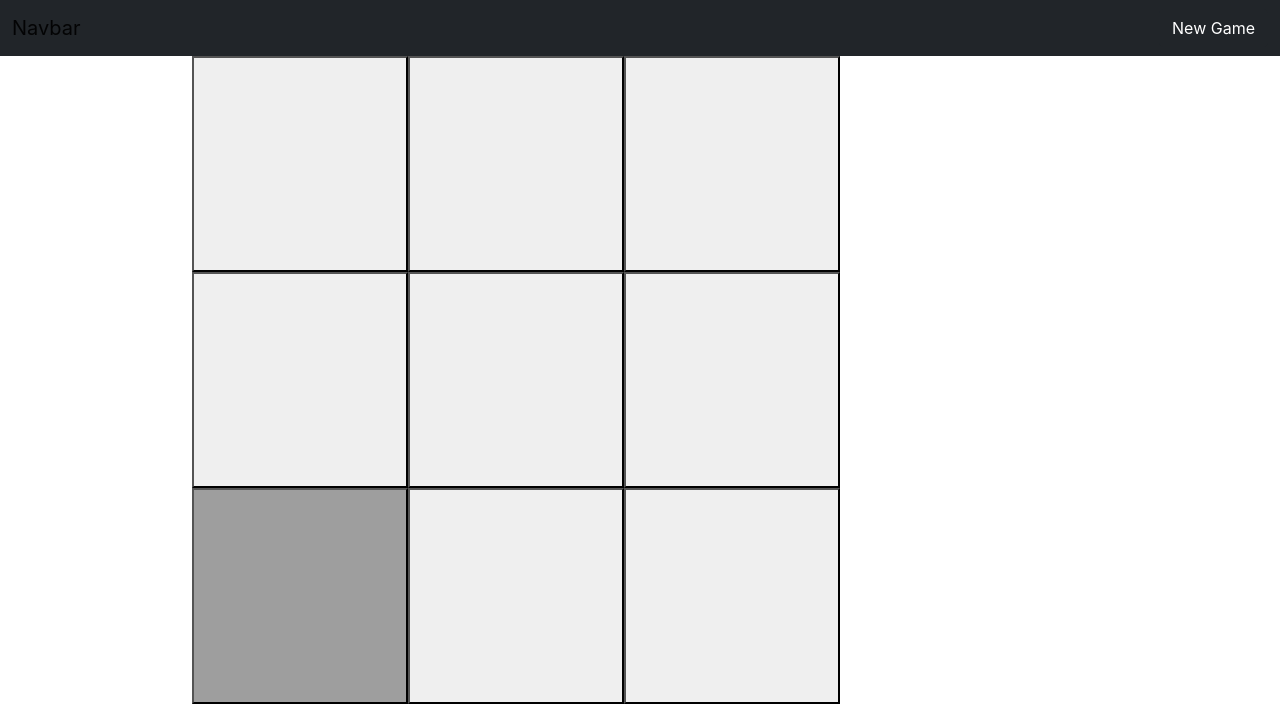
Repository: napan24/tic-tac-toe
Page: /, after clicking the first element matching `#r3column1`
These files come from the project's save history. The page is drawn as it stood at one moment and after the next save; the edit follows.
The browser window is 1280 px wide. The pictures show the whole page.
Pictures or frames that could not be fetched are drawn as grey boxes. The project was rebuilt for these pictures with package versions that can differ from the ones it lists, and the page was loaded fresh each time. Also part of the build but not shown: src/App.css.

Above is the page before, as saved 2022-06-15 12:49:28.

After the next save:
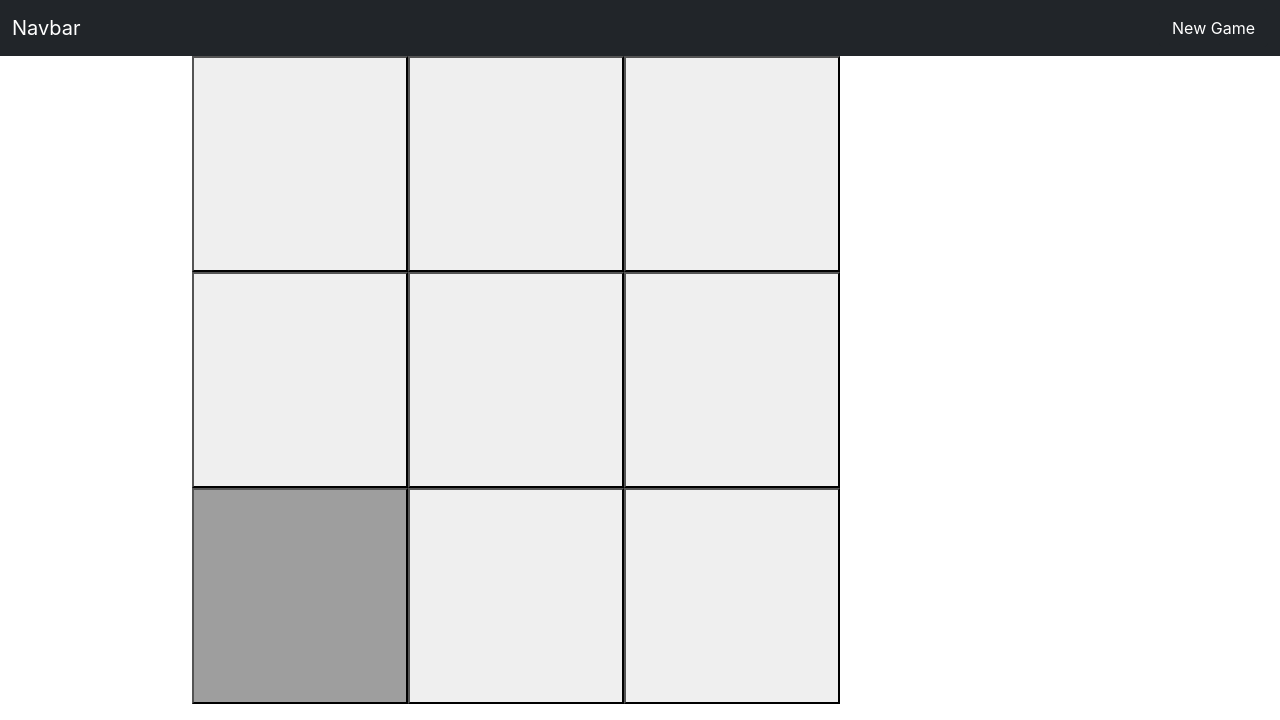
Saved 12 s later.
--- a/src/App.js
+++ b/src/App.js
@@ -217,7 +217,7 @@ function App() {
     <>
       <nav class="navbar navbar-light bg-dark">
         <div class="container-fluid">
-          <a class="navbar-brand">Navbar</a>
+          <a class="navbar-brand" style={{color:"white"}}>Navbar</a>
           <button onClick={Clear} type="button" class="btn btn-dark">New Game</button>
         </div>
       </nav>
